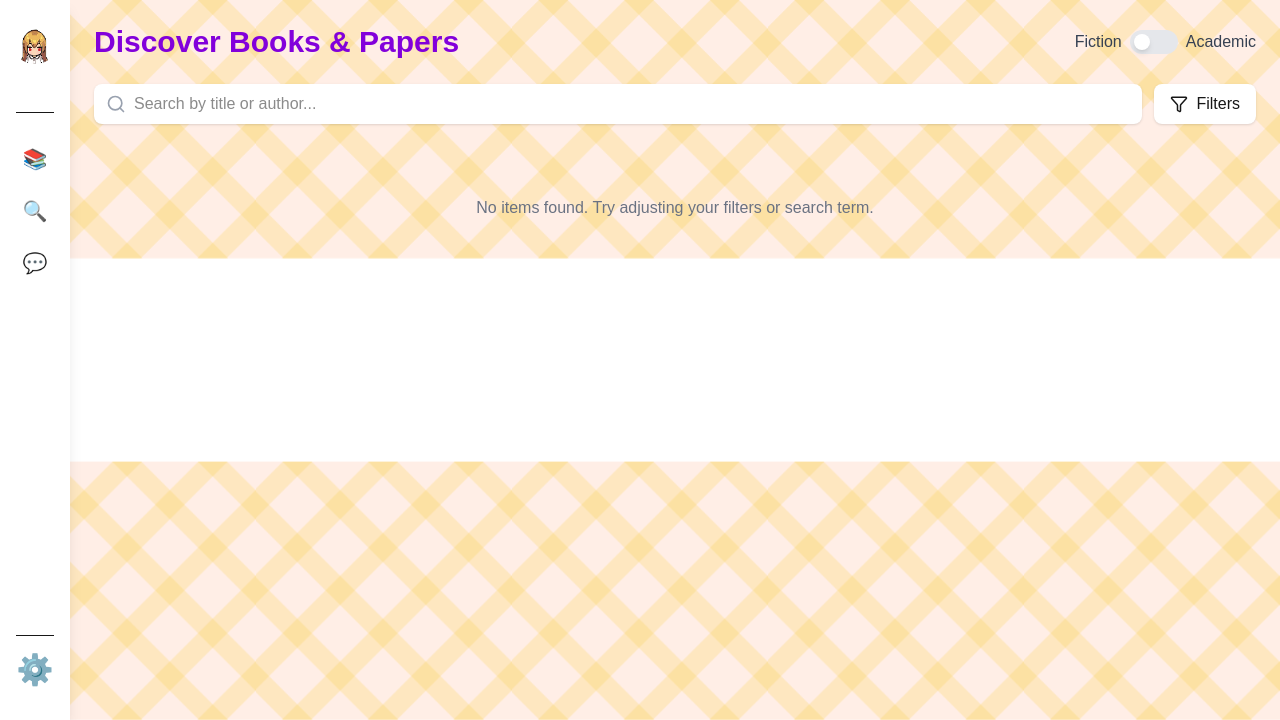
Repository: ramosfranz/bookie
Page: /discover
These files come from the project's save history. The page is drawn as it stood at one moment and after the next save; the edit follows.
The browser window is 1280 px wide. The pictures show the whole page.
The page's requests for data from a server got no answer. Some web fonts or font styles are not loaded; a fallback is used. The project was rebuilt for these pictures with package versions that can differ from the ones it lists, and the page was loaded fresh each time. The framework's server and built-in components were replaced by stand-ins that run in the browser. No one was signed in, and anything a server would have sent is missing. Also part of the build but not shown: next.config.ts.

Above is the page before, as saved 2025-12-06 07:51:24.

### src/app/layout.tsx
import type { Metadata } from "next";
import "./globals.css";
import Head from "next/head";

export const metadata: Metadata = {
  title: "Bookie",
  description: "Bookie",
};

export default function RootLayout({
  children,
}: Readonly<{ children: React.ReactNode }>) {
  return (
    <html lang="en">
      <Head>
        <link rel="preconnect" href="https://fonts.googleapis.com" />
        <link rel="preconnect" href="https://fonts.gstatic.com" crossOrigin="anonymous" />
        <link href="https://fonts.googleapis.com/css2?family=Jersey+25&display=swap" rel="stylesheet" />

      </Head>
      <body className="font-jersey antialiased">{children}</body>
    </html>
  );
}

### src/app/discover/page.tsx
"use client";

import { useState, useMemo, useEffect } from "react";
import { BookOpen, Search, X, Filter, FileText, Plus } from "lucide-react";
import Sidebar from "../components/Sidebar";
import { addBookToLibrary, isBookInLibrary } from "@/lib/supabase/library";
import { supabase } from "@/lib/supabase/client";
import '../styles/background.css';

// --- TYPESCRIPT DECLARATIONS FOR GOOGLE BOOKS API ---
declare global {
  interface Window {
    google?: {
      books: {
        load: () => void;
        setOnLoadCallback: (callback: () => void) => void;
        DefaultViewer: new (element: HTMLElement) => {
          load: (identifier: string) => void;
        };
      };
    };
  }
}

interface Book {
  id: string;
  title: string;
  author?: string;
  cover?: string;
  year?: number;
  type: "leisure" | "research";
  subjects?: string[];
  formats?: { [key: string]: string };
  source: "gutendex" | "openlibrary" | "googlebooks" | "arxiv";
  googleBooksId?: string;
  pdfUrl?: string;
  abstract?: string;
}

const FICTION_GENRES = [
  "All",
  "Adventure",
  "Romance",
  "Mystery",
  "Science Fiction",
  "Fantasy",
  "Horror",
  "Historical Fiction",
  "Thriller",
  "Classic Literature"
];

const ACADEMIC_SUBJECTS = [
  "All",
  "Computer Science",
  "Mathematics",
  "Physics",
  "Engineering",
  "Biology",
  "Chemistry",
  "Psychology",
  "Philosophy",
  "History"
];

export default function DiscoverPage() {
  const dummyUser = { id: "0001", email: "test@example.com", username: "TestUser" };
  const [user] = useState(dummyUser);

  const [activeTab, setActiveTab] = useState<"dashboard" | "discover" | "chat">("discover");
  const [libraryTab, setLibraryTab] = useState<"leisure" | "research">("leisure");

  const [searchQuery, setSearchQuery] = useState("");
  const [books, setBooks] = useState<Book[]>([]);
  const [loading, setLoading] = useState(false);

  const [selectedGenre, setSelectedGenre] = useState<string>("All");
  const [showFilters, setShowFilters] = useState(false);

  const [viewerUrl, setViewerUrl] = useState<string | null>(null);
  const [viewerTitle, setViewerTitle] = useState<string>("");
  const [viewerType, setViewerType] = useState<"iframe" | "google">("iframe");

  const itemsPerPage = 18;
  const [currentPage, setCurrentPage] = useState(1);

  // --- API FETCH LOGIC ---
  useEffect(() => {
    setLoading(true);
    setCurrentPage(1);
    setBooks([]);

    const fetchPromises: Promise<Book[]>[] = [];

    if (libraryTab === "leisure") {
      // Gutendex
      fetchPromises.push(
        fetch(`https://gutendex.com/books?topic=fiction&languages=en`)
          .then((res) => res.json())
          .then((data) => (data.results || []).slice(0, 100).map((book: any) => ({
            id: `gutendex-${book.id}`,
            title: book.title,
            author: book.authors?.[0]?.name,
            cover: book.formats?.["image/jpeg"]?.replace('http:', 'https:'),
            year: book.authors?.[0]?.birth_year,
            type: "leisure" as const,
            subjects: book.subjects || [],
            formats: book.formats,
            source: "gutendex" as const,
          })))
          .catch(() => [])
      );

      // Open Library
      fetchPromises.push(
        fetch(`https://openlibrary.org/search.json?q=subject:fiction&has_fulltext=true&limit=100`)
          .then((res) => res.json())
          .then((data) => (data.docs || []).map((doc: any) => ({
            id: `openlibrary-${doc.key}`,
            title: doc.title,
            author: doc.author_name?.[0],
            cover: doc.cover_i ? `https://covers.openlibrary.org/b/id/${doc.cover_i}-M.jpg` : undefined,
            year: doc.first_publish_year,
            type: "leisure" as const,
            subjects: doc.subject || [],
            formats: { ia: doc.ia?.[0] },
            source: "openlibrary" as const,
          })).filter((book: Book) => book.formats?.ia))
          .catch(() => [])
      );

      // Google Books
      fetchPromises.push(
        fetch(`https://www.googleapis.com/books/v1/volumes?q=fiction&maxResults=40&langRestrict=en&printType=books&filter=partial`)
          .then((res) => res.json())
          .then((data) => (data.items || []).map((item: any) => ({
            id: `googlebooks-${item.id}`,
            title: item.volumeInfo.title,
            author: item.volumeInfo.authors?.[0],
            cover: item.volumeInfo.imageLinks?.thumbnail?.replace('http:', 'https:'),
            year: parseInt(item.volumeInfo.publishedDate?.split("-")[0]) || undefined,
            type: "leisure" as const,
            subjects: item.volumeInfo.categories || [],
            formats: {},
            source: "googlebooks" as const,
            googleBooksId: item.id,
          })).filter((book: Book) => book.googleBooksId))
          .catch((err) => { console.error("Google Books error:", err); return []; })
      );
    } else {
      // Research/Academic sources
      const topics = ["computer", "mathematics", "physics", "science"];
      topics.forEach(topic => {
        fetchPromises.push(
          fetch(`https://gutendex.com/books?topic=${topic}&languages=en`)
            .then((res) => res.json())
            .then((data) => (data.results || []).slice(0, 25).map((book: any) => ({
              id: `gutendex-${book.id}`,
              title: book.title,
              author: book.authors?.[0]?.name,
              cover: book.formats?.["image/jpeg"]?.replace('http:', 'https:'),
              year: book.authors?.[0]?.birth_year,
              type: "research" as const,
              subjects: book.subjects || [],
              formats: book.formats,
              source: "gutendex" as const,
            })))
            .catch(() => [])
        );
      });

      fetchPromises.push(
        fetch(`https://openlibrary.org/search.json?q=subject:(computer+science+OR+mathematics+OR+physics+OR+engineering)&has_fulltext=true&limit=50`)
          .then((res) => res.json())
          .then((data) => (data.docs || []).map((doc: any) => ({
            id: `openlibrary-${doc.key}`,
            title: doc.title,
            author: doc.author_name?.[0],
            cover: doc.cover_i ? `https://covers.openlibrary.org/b/id/${doc.cover_i}-M.jpg` : undefined,
            year: doc.first_publish_year,
            type: "research" as const,
            subjects: doc.subject || [],
            formats: { ia: doc.ia?.[0] },
            source: "openlibrary" as const,
          })).filter((book: Book) => book.formats?.ia))
          .catch(() => [])
      );

      fetchPromises.push(
        fetch(`https://export.arxiv.org/api/query?search_query=cat:cs.*+OR+cat:math.*+OR+cat:astro-ph.*&start=0&max_results=100&sortBy=submittedDate&sortOrder=descending`)
          .then((res) => res.text())
          .then((xmlText) => {
            const parser = new DOMParser();
            const xml = parser.parseFromString(xmlText, "text/xml");
            const entries = xml.querySelectorAll("entry");

            return Array.from(entries).map((entry) => {
              const id = entry.querySelector("id")?.textContent || "";
              const arxivId = id.split("arxiv.org/abs/")[1] || "";
              const title = entry.querySelector("title")?.textContent?.trim().replace(/\s+/g, ' ') || "";
              const authors = Array.from(entry.querySelectorAll("author name")).map((name) => name.textContent);
              const published = entry.querySelector("published")?.textContent || "";
              const year = new Date(published).getFullYear();
              const summary = entry.querySelector("summary")?.textContent?.trim().replace(/\s+/g, ' ') || "";
              const pdfLink = `https://arxiv.org/pdf/${arxivId}.pdf`;
              const categories = Array.from(entry.querySelectorAll("category")).map((cat) => cat.getAttribute("term") || "");

              return {
                id: `arxiv-${arxivId}`,
                title,
                author: authors[0] || "Unknown",
                cover: undefined,
                year,
                type: "research" as const,
                subjects: categories,
                formats: {},
                source: "arxiv" as const,
                pdfUrl: pdfLink,
                abstract: summary.substring(0, 200) + "...",
              };
            }).filter(paper => paper.title && paper.id);
          })
          .catch((err) => { console.error("arXiv error:", err); return []; })
      );
    }

    Promise.all(fetchPromises)
      .then((results) => {
        const allBooks = results.flat();
        const uniqueBooks = allBooks.filter((book, index, self) =>
          index === self.findIndex((b) => b.title.toLowerCase() === book.title.toLowerCase())
        );
        setBooks(uniqueBooks);
      })
      .finally(() => setLoading(false));
  }, [libraryTab]);

  // --- FILTERING AND PAGINATION ---
  const filteredBooks = useMemo(() => {
    return books.filter((book) => {
      const matchesSearch = book.title.toLowerCase().includes(searchQuery.toLowerCase()) ||
                            book.author?.toLowerCase().includes(searchQuery.toLowerCase());
      const matchesGenre = selectedGenre === "All" ||
                           book.subjects?.some((subject) => subject.toLowerCase().includes(selectedGenre.toLowerCase()));
      return matchesSearch && matchesGenre;
    });
  }, [books, searchQuery, selectedGenre]);

  const paginatedBooks = useMemo(() => {
    const start = (currentPage - 1) * itemsPerPage;
    return filteredBooks.slice(start, start + itemsPerPage);
  }, [filteredBooks, currentPage]);

  const totalPages = Math.ceil(filteredBooks.length / itemsPerPage);

  // --- GOOGLE BOOKS VIEWER SCRIPT ---
  useEffect(() => {
    const script = document.createElement('script');
    script.src = 'https://www.google.com/books/jsapi.js';
    script.async = true;
    document.body.appendChild(script);

    return () => { document.body.removeChild(script); };
  }, []);

  useEffect(() => {
    if (viewerType === "google" && viewerUrl) {
      const initializeGoogleViewer = () => {
        if (window.google?.books) {
          window.google.books.load();
          const loadViewer = () => {
            const viewerDiv = document.getElementById('google-viewer-canvas');
            if (viewerDiv) {
              const viewer = new window.google.books.DefaultViewer(viewerDiv);
              viewer.load(viewerUrl);
            }
          };
          window.google.books.setOnLoadCallback(loadViewer);
        }
      };
      const timeoutId = setTimeout(initializeGoogleViewer, 50);
      return () => clearTimeout(timeoutId);
    }
  }, [viewerType, viewerUrl]);

  // --- BOOK READER HANDLER ---
  const openBookReader = (book: Book) => {
    setViewerTitle(book.title);
    setViewerUrl(null);
    if (book.source === "gutendex") {
      const htmlUrl = book.formats?.["text/html"];
      const epubUrl = book.formats?.["application/epub+zip"];
      if (htmlUrl) { setViewerUrl(htmlUrl); setViewerType("iframe"); }
      else if (epubUrl) { setViewerUrl(`https://futurepress.github.io/epubjs-reader/?bookPath=${encodeURIComponent(epubUrl)}`); setViewerType("iframe"); }
    } else if (book.source === "openlibrary") {
      const iaId = book.formats?.ia;
      if (iaId) { setViewerUrl(`https://archive.org/embed/${iaId}`); setViewerType("iframe"); }
    } else if (book.source === "googlebooks") {
      if (book.googleBooksId) { setViewerUrl(book.googleBooksId); setViewerType("google"); }
    } else if (book.source === "arxiv") {
      if (book.pdfUrl) { setViewerUrl(book.pdfUrl); setViewerType("iframe"); }
    }
  };

const addToLibrary = async (book: Book) => {
  const {
    data: { user },
  } = await supabase.auth.getUser();

  if (!user) {
    alert("Please log in first.");
    return;
  }

  // Check if book already exists in library
  const already = await isBookInLibrary(user.id, book.id);
  if (already) {
    alert("This book is already in your library.");
    return;
  }

  // Add book to library
  const added = await addBookToLibrary(user.id, book);

  if (added) {
    alert("Book added to library!");
  }
};


  const getSourceBadge = (source: string) => {
    const badges = {
      gutendex: { label: "PG", color: "bg-green-500" },
      openlibrary: { label: "OL", color: "bg-blue-500" },
      googlebooks: { label: "GB", color: "bg-red-500" },
      arxiv: { label: "arXiv", color: "bg-orange-500" },
    };
    return badges[source as keyof typeof badges] || { label: "??", color: "bg-gray-500" };
  };

  const currentFilters = libraryTab === "leisure" ? FICTION_GENRES : ACADEMIC_SUBJECTS;

  return (
    <div className="min-h-screen flex bookieBgVar1">
      <Sidebar activeTab={activeTab}/>

      <main className="flex-1 p-6">
        {/* Header */}
        <div className="flex items-center justify-between mb-6">
          <div>
            <h1 className="text-3xl font-bold text-purple-700">Discover Books & Papers</h1>
          </div>
          <div className="flex items-center gap-2">
            <span className="text-gray-700">Fiction</span>
            <label className="relative inline-flex items-center cursor-pointer">
              <input type="checkbox" className="sr-only peer" checked={libraryTab === "research"} onChange={() => { setLibraryTab(libraryTab === "research" ? "leisure" : "research"); setSelectedGenre("All"); }} />
              <div className="w-12 h-6 bg-gray-200 peer-focus:outline-none rounded-full peer peer-checked:bg-purple-600 transition-all"></div>
              <div className={`absolute left-1 top-1 w-4 h-4 bg-white rounded-full shadow-md transition-transform ${libraryTab === "research" ? "translate-x-6" : ""}`}></div>
            </label>
            <span className="text-gray-700">Academic</span>
          </div>
        </div>

        {/* Search and Filters */}
        <div className="flex flex-col md:flex-row gap-3 mb-6">
          <div className="flex items-center bg-white rounded-lg shadow px-3 py-2 flex-1">
            <Search className="w-5 h-5 text-gray-400 mr-2" />
            <input type="text" placeholder="Search by title or author..." value={searchQuery} onChange={(e) => setSearchQuery(e.target.value)} className="flex-1 outline-none" />
          </div>
          <button onClick={() => setShowFilters(!showFilters)} className="flex items-center gap-2 px-4 py-2 bg-white rounded-lg shadow hover:bg-purple-50 transition">
            <Filter size={18} /> <span>Filters</span>
            {selectedGenre !== "All" && <span className="bg-purple-600 text-white text-xs px-2 py-0.5 rounded-full">1</span>}
          </button>
        </div>

        {showFilters && (
          <div className="bg-white rounded-lg shadow p-4 mb-6">
            <h3 className="font-semibold mb-3">{libraryTab === "leisure" ? "Fiction Genres" : "Academic Subjects"}</h3>
            <div className="grid grid-cols-2 md:grid-cols-5 gap-2">
              {currentFilters.map((filter) => (
                <button key={filter} onClick={() => setSelectedGenre(filter)} className={`px-3 py-2 rounded-lg text-sm transition ${selectedGenre === filter ? "bg-purple-600 text-white" : "bg-gray-100 hover:bg-gray-200"}`}>{filter}</button>
              ))}
            </div>
          </div>
        )}

        {loading ? (
          <div className="flex justify-center items-center h-64">
            <div className="text-purple-600 text-lg">Loading from multiple sources...</div>
          </div>
        ) : (
          <>
            <div className="grid grid-cols-2 md:grid-cols-3 lg:grid-cols-4 xl:grid-cols-6 gap-4">
              {paginatedBooks.map((book) => {
                const badge = getSourceBadge(book.source);
                const isResearchPaper = book.source === "arxiv";

                return (
                  <div key={book.id} className="flex flex-col bg-white p-4 rounded-xl shadow hover:shadow-lg transition">
                    <div className="relative">
                      {book.cover ? (
                        <img src={book.cover} alt={book.title} className="w-full h-40 object-cover rounded mb-2" />
                      ) : (
                        <div className="w-full h-40 bg-gradient-to-br from-purple-100 to-indigo-100 rounded mb-2 flex items-center justify-center">
                          {isResearchPaper ? <FileText size={48} className="text-purple-400" /> : <BookOpen size={48} className="text-purple-400" />}
                        </div>
                      )}
                      <span className={`absolute top-1 right-1 text-xs px-2 py-0.5 rounded text-white ${badge.color}`}>{badge.label}</span>
                    </div>
                    <p className="font-semibold text-sm line-clamp-2 mb-1">{book.title}</p>
                    {book.author && <p className="text-xs text-gray-600 mb-1">by {book.author}</p>}
                    {book.abstract && <p className="text-xs text-gray-500 mb-2 line-clamp-2">{book.abstract}</p>}
                    {book.year && <p className="text-xs text-gray-500 mb-2">{book.year}</p>}

                    {/* Read Now / Read Paper */}
                    <button onClick={() => openBookReader(book)} className="mt-auto px-3 py-1.5 bg-purple-600 text-white text-xs rounded hover:bg-purple-700 flex items-center justify-center gap-1 mb-2">
                      {isResearchPaper ? <FileText size={14} /> : <BookOpen size={14} />}
                      {isResearchPaper ? "Read Paper" : "Read Now"}
                    </button>

                    {/* --- NEW: Add to Library --- */}
                    <button onClick={() => addToLibrary(book)} className="px-3 py-1.5 bg-green-500 text-white text-xs rounded hover:bg-green-600 flex items-center justify-center gap-1">
                      <Plus size={14} /> Add to Library
                    </button>
                  </div>
                );
              })}
            </div>

            {paginatedBooks.length === 0 && !loading && <div className="text-center text-gray-500 py-12">No items found. Try adjusting your filters or search term.</div>}

            {/* Pagination */}
            {totalPages > 1 && (
              <div className="flex justify-center gap-2 mt-8">
                <button onClick={() => setCurrentPage(Math.max(1, currentPage - 1))} disabled={currentPage === 1} className="px-4 py-2 rounded-lg bg-white shadow hover:bg-purple-100 disabled:opacity-50 disabled:cursor-not-allowed">Previous</button>
                {Array.from({ length: Math.min(5, totalPages) }, (_, i) => {
                  let pageNum;
                  if (totalPages <= 5) pageNum = i + 1;
                  else if (currentPage <= 3) pageNum = i + 1;
                  else if (currentPage >= totalPages - 2) pageNum = totalPages - 4 + i;
                  else pageNum = currentPage - 2 + i;
                  if (pageNum < 1) return null;
                  return (
                    <button key={pageNum} onClick={() => setCurrentPage(pageNum)} className={`px-3 py-2 rounded-lg ${currentPage === pageNum ? "bg-purple-600 text-white" : "bg-white shadow hover:bg-purple-100"}`}>{pageNum}</button>
                  );
                })}
                <button onClick={() => setCurrentPage(Math.min(totalPages, currentPage + 1))} disabled={currentPage === totalPages} className="px-4 py-2 rounded-lg bg-white shadow hover:bg-purple-100 disabled:opacity-50 disabled:cursor-not-allowed">Next</button>
              </div>
            )}
          </>
        )}

      </main>

      {viewerUrl && (
        <div className="fixed inset-0 bg-black/80 flex items-center justify-center z-50 p-4">
          <div className="bg-white w-full h-full max-w-7xl max-h-[95vh] rounded-xl relative shadow-2xl flex flex-col">
            <div className="bg-purple-700 text-white px-4 py-3 rounded-t-xl flex items-center justify-between">
              <h3 className="font-semibold truncate">{viewerTitle}</h3>
              <button className="hover:bg-purple-600 rounded-full p-1 transition flex-shrink-0" onClick={() => { setViewerUrl(null); setViewerTitle(""); setViewerType("iframe"); }}>
                <X size={24} />
              </button>
            </div>

            {viewerType === "iframe" ? (
              <iframe src={viewerUrl} className="w-full flex-1 rounded-b-xl" title="Document Viewer" allowFullScreen />
            ) : (
              <div id="google-viewer-canvas" className="w-full flex-1 rounded-b-xl overflow-hidden" />
            )}
          </div>
        </div>
      )}
    </div>
  );
}

### src/app/globals.css
@import url('https://fonts.googleapis.com/css2?family=Jersey+25&display=swap');
@import "tailwindcss";

:root {
  --background: #ffffff;
  --foreground: #171717;
  --font-jersey: 'Jersey 25', sans-serif;
}

@theme inline {
  --color-background: var(--background);
  --color-foreground: var(--foreground);
}

@media (prefers-color-scheme: dark) {
  :root {
    --background: #0a0a0a;
    --foreground: #ededed;
  }
}

body {
  background: var(--background);
  color: var(--foreground);
  font-family: var(--font-jersey);
}

.pixelated {
  image-rendering: pixelated;       /* Modern browsers */
  image-rendering: crisp-edges;     /* Fallback */
  -ms-interpolation-mode: nearest-neighbor; /* IE fallback */
}

### src/app/styles/background.css
.bookieBackground {
  background-image: url("/image/sparkle.gif"), url("/image/bg_try.gif"), url("/image/bookiebg1.png");
  background-size: auto, auto, 20%;   /* multiple background layers */
  background-repeat: auto, auto, space;
}

.pixelated {
  image-rendering: pixelated;       /* Modern browsers */
  image-rendering: crisp-edges;     /* Fallback */
  -ms-interpolation-mode: nearest-neighbor; /* IE fallback */
}

.bookieBgVar1 {
   background-image: url("/image/bookiebg1.png");
  background-size: 20%;   /* multiple background layers */
  background-repeat: space;
}

Loaded but not shown: src/lib/supabase/client.ts (common file); src/app/components/Sidebar.tsx (99 lines, source omitted); src/lib/supabase/library.ts (127 lines, source omitted)

After the next save:
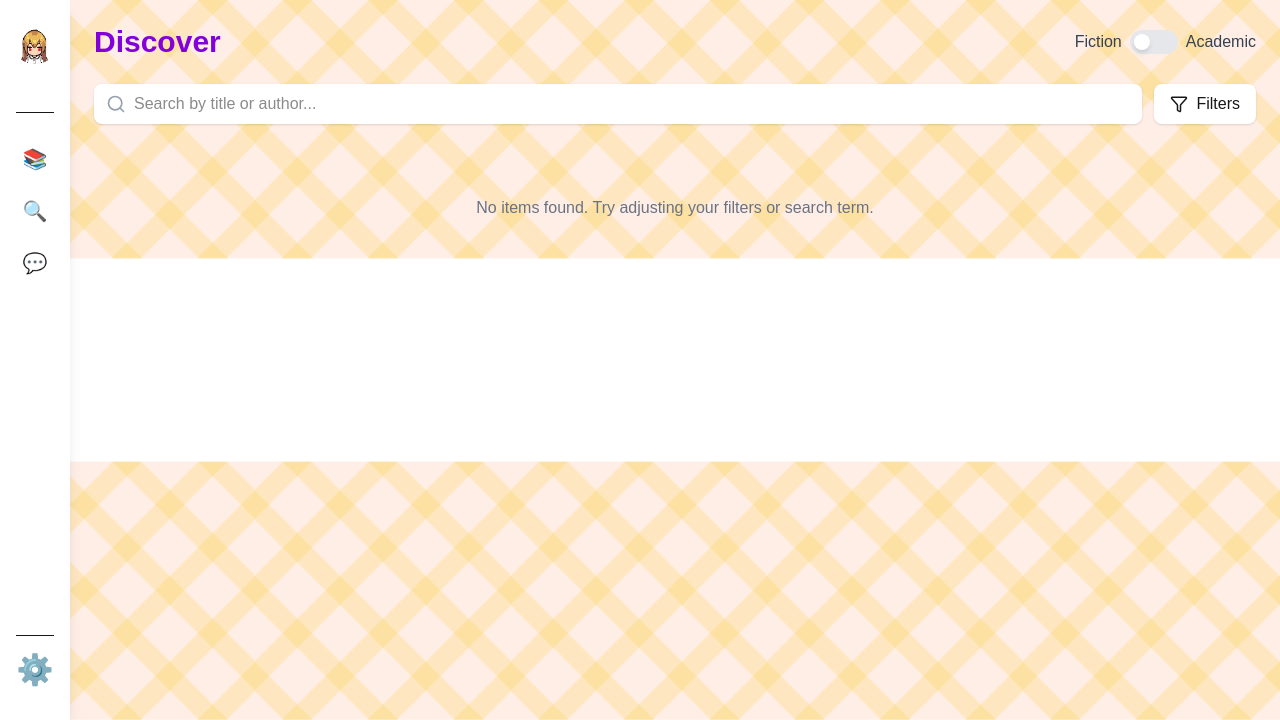
Saved 18 s later.
--- a/src/app/discover/page.tsx
+++ b/src/app/discover/page.tsx
@@ -348,7 +348,7 @@
         {/* Header */}
         <div className="flex items-center justify-between mb-6">
           <div>
-            <h1 className="text-3xl font-bold text-purple-700">Discover Books & Papers</h1>
+            <h1 className="text-3xl font-bold text-purple-700">Discover</h1>
           </div>
           <div className="flex items-center gap-2">
             <span className="text-gray-700">Fiction</span>
